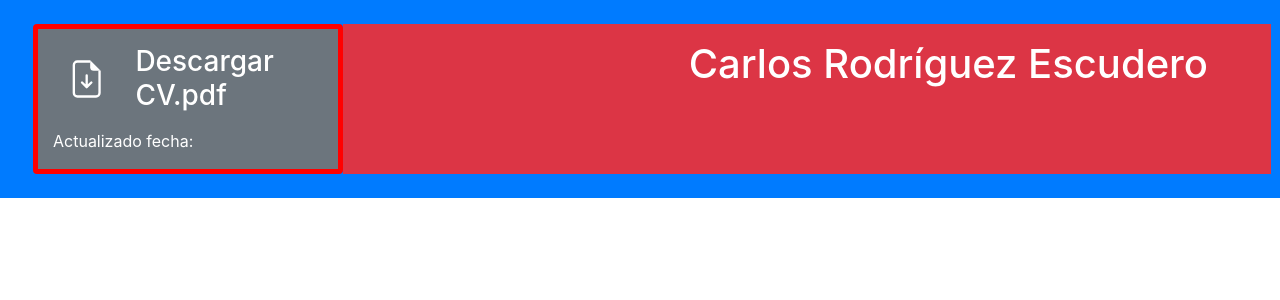
Repository: CarlosRoEs/CarlosWebCV
Page: index.html
These files come from the project's save history. The page is drawn as it stood at one moment and after the next save; the edit follows.
The browser window is 1280 px wide. The pictures show the whole page.
The style sheet was rebuilt from its Sass, Less or Tailwind sources for each picture, by a compiler version that may differ from the author's.

Above is the page before, as saved 2020-09-15 13:17:54.

After the next save:
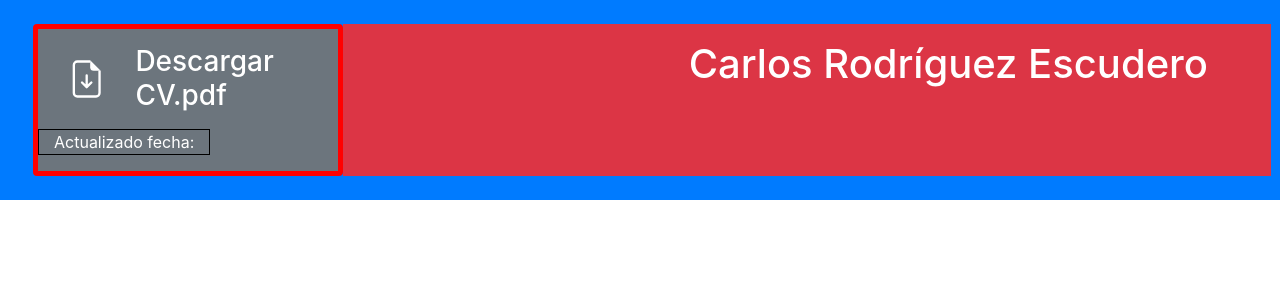
Saved 5 s later.
--- a/Sass/header.scss
+++ b/Sass/header.scss
@@ -4,7 +4,7 @@
 }
 #header{
 p{
-    border: 1;
+    border: 1px solid black;
 }
     #a-header{
         border: 5px solid red;
